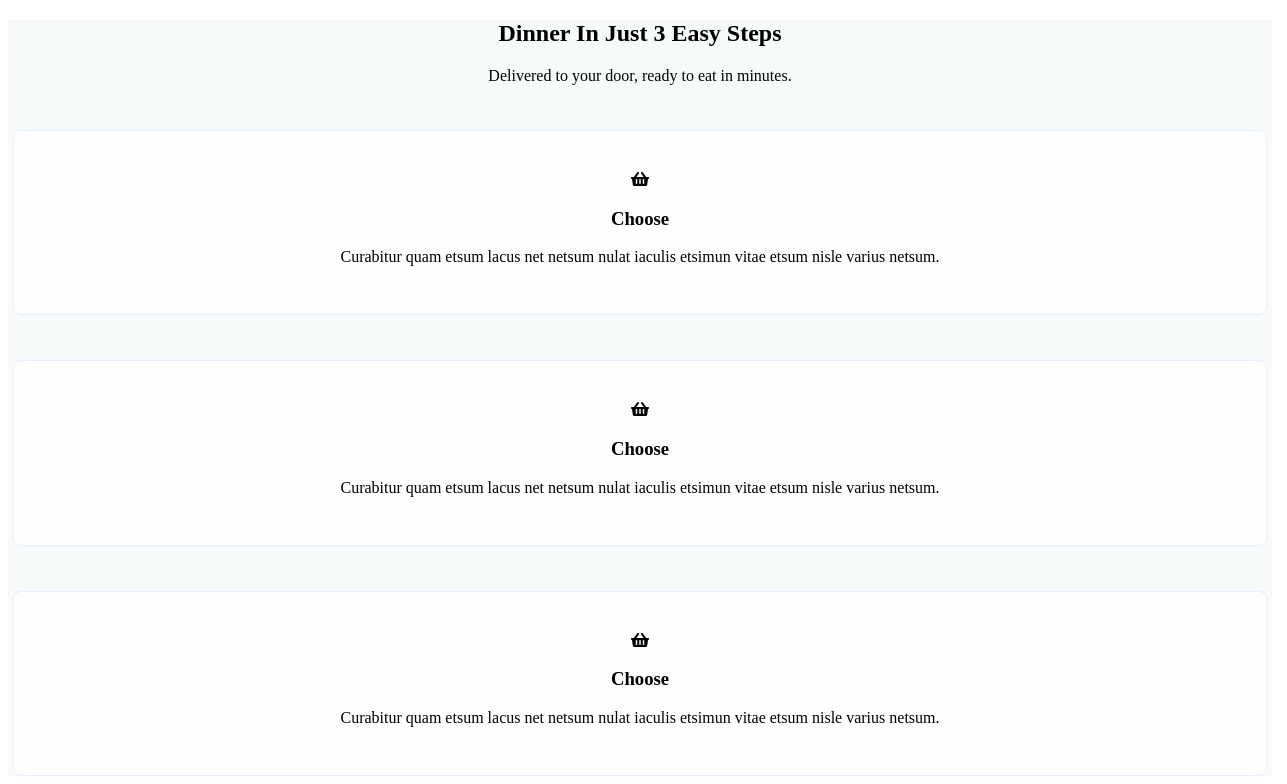
Repository: ST-United-Internship/leadpage
Page: card-UI.html
These files come from the project's save history. The page is drawn as it stood at one moment and after the next save; the edit follows.
The browser window is 1280 px wide. The page is 1280 px wide, then 1287 px, then 1280 px, so the pictures cover 1287 px, including what lies to the right of the window. The pictures show the whole page.

Above is the page before, as saved 2023-03-15 14:58:31.

After the next save:
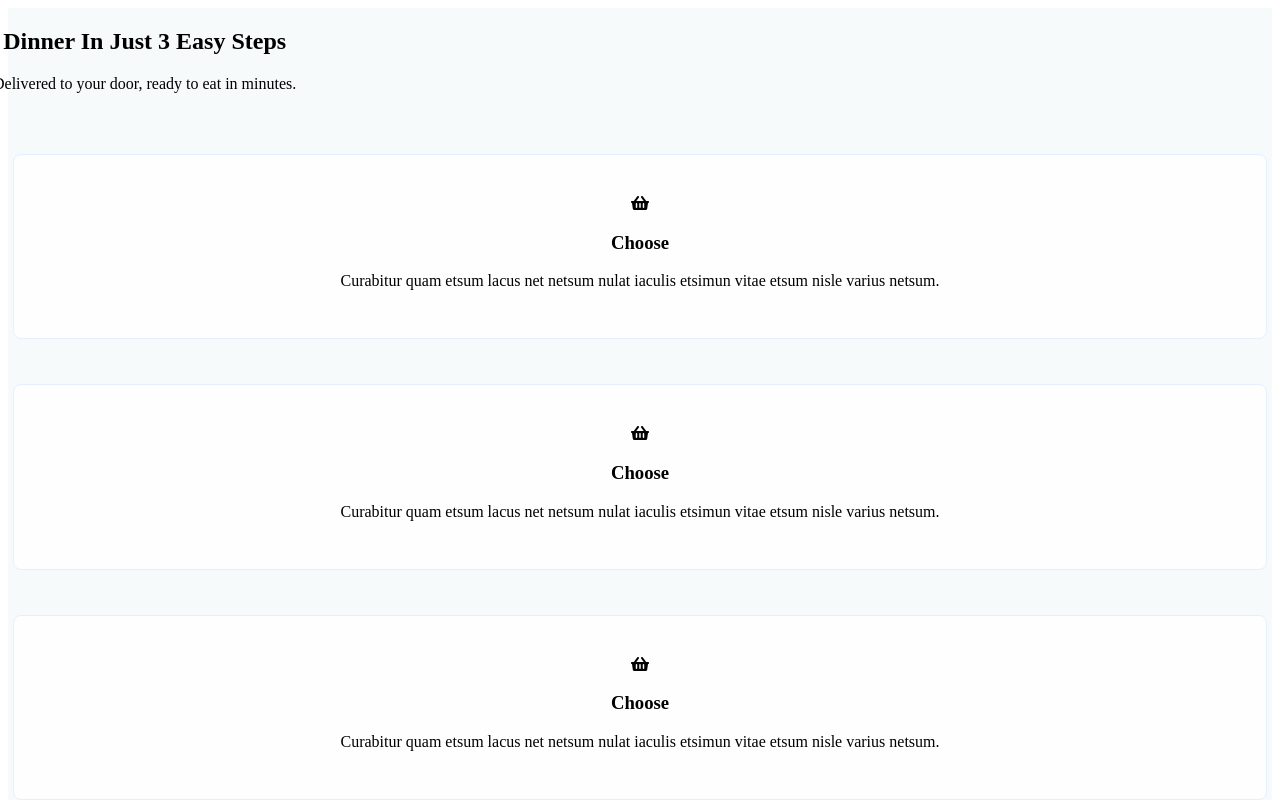
Saved 4 s later.
--- a/css/card-UI.css
+++ b/css/card-UI.css
@@ -7,7 +7,7 @@ section{
     background-color: #f7fafa;
 }
 
-.row-{
+.row-title{
     display: flex;
     flex-wrap: wrap;
     margin-right: -15px;

After the 3 saves that followed:
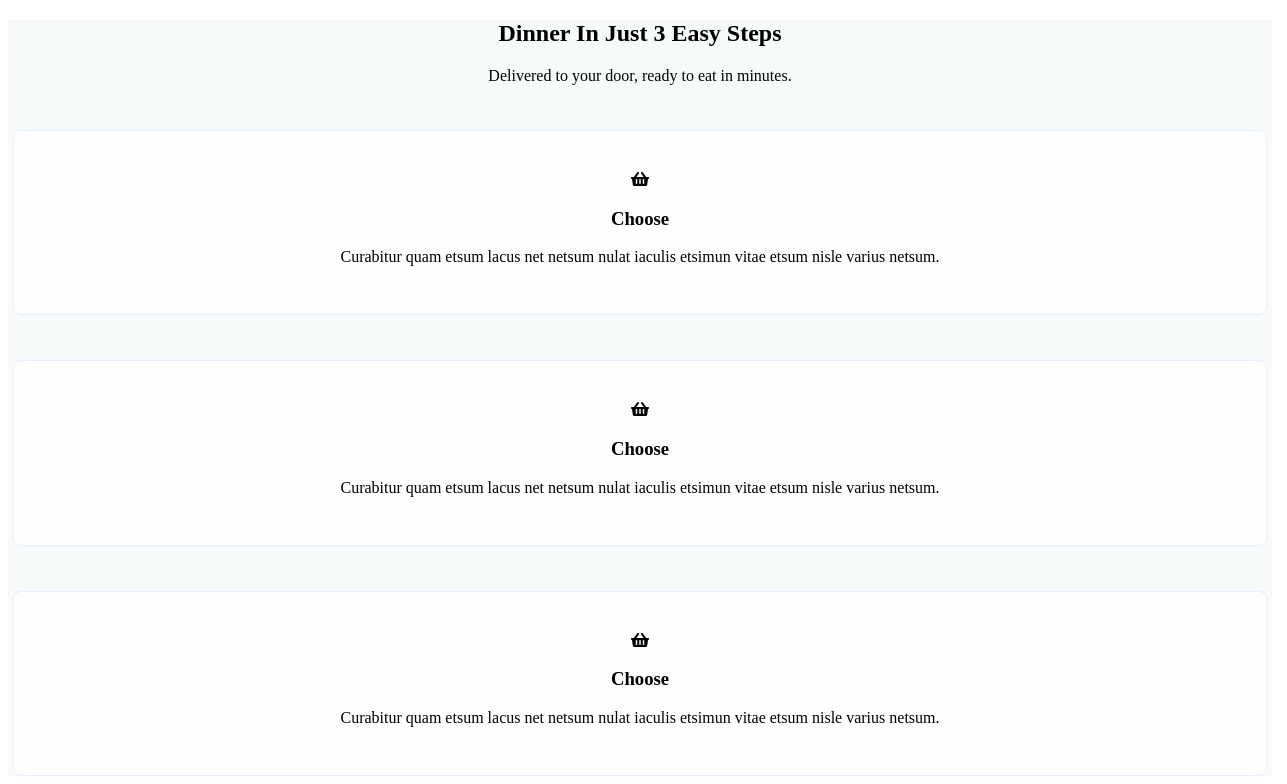
The 3 saves are shown as one change because they came seconds apart.
The last was saved 11 s later.
--- a/css/card-UI.css
+++ b/css/card-UI.css
@@ -8,10 +8,7 @@ section{
 }
 
 .row-title{
-    display: flex;
-    flex-wrap: wrap;
-    margin-right: -15px;
-    margin-left: -15px;
+    text-align: center;
 }
  .title-text{
     text-align: center;
